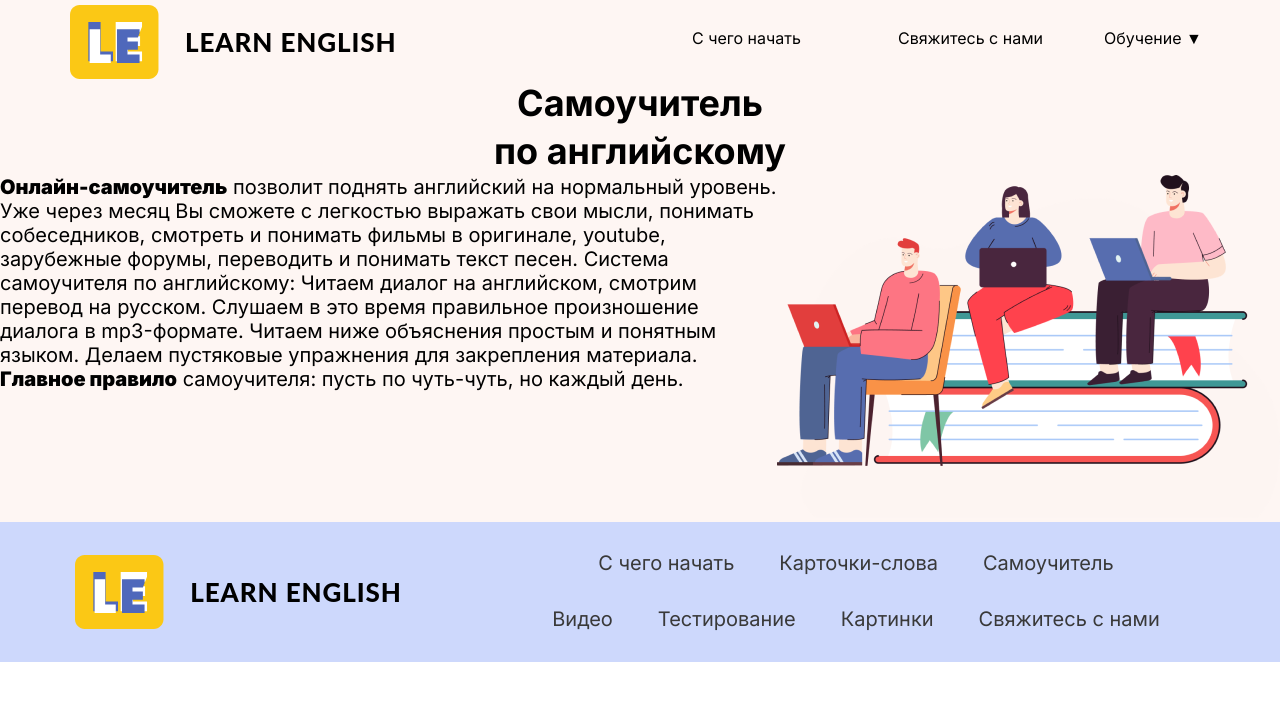
Repository: WladimirVA/Diplom
Page: scool/lesson.html
These files come from the project's save history. The page is drawn as it stood at one moment and after the next save; the edit follows.
The browser window is 1280 px wide. The pictures show the whole page.

Above is the page before, as saved 2023-07-19 16:09:43.

### scool/lesson.html
<!DOCTYPE html>
<html lang="en">
<head>
    <meta charset="UTF-8">
    <meta name="viewport" content="width=device-width, initial-scale=1.0">
    <link href="./css/index.css" rel="stylesheet" type="text/css">
    <link href="./css/fonts.css" rel="stylesheet" type="text/css">
    <link rel="stylesheet" href="./css/lesson.css" type="text/css">
    <link rel="icon" sizes="16x16" href="./img/Vector.svg" type="image/x-icon">
    <title>Learn english</title>
</head>
<body>
    <header class="header" di="HOME">
        <div class="section">
            <div class="section-header">
                <div class="logo">
                    <img src="./img/Vector.svg">
                    <p>Learn english</p>
                </div>
                <div>

                    <ul class="ddropdownn">
                        <li class="ddropdownn-top">
                        <a class="ddropdownn-top" href="#">С чего начать</a>
                        </li>
                        <li class="ddropdownn-top">
                            <a class="ddropdownn-top" href="mailto:dyadichenko_va@mail.ru">Свяжитесь с нами</a>
                        </li>
                        <li class="ddropdownn-top">
                        <a class="ddropdownn-top" href="#">Обучение &#9660;</a>
                            <ul class="ddropdownn-inside">
                                <li><a href="/">Карточки-слова</a></li>
                                <li><a href="/">Самоучитель</a></li>
                                <li><a href="/">Видео</a></li>
                                <li><a href="/">Тестирование</a></li>
                                <li><a href="/">Картинки</a></li>
                            </ul>
                        </li>

                    </ul>
                </div>
            </div>
        </div>
    </header>
    <main>
        <section class="TUTORIAL">
            <div class="section">
                <h1 class="tutorial-h1">Самоучитель <br>по английскому</h1>
                <div class="content-tutorial">
                    <div class="tutorial-inf">
                        <p><span  style="font-weight:900"> Онлайн-самоучитель</span> позволит поднять английский на нормальный уровень. Уже через месяц Вы сможете с легкостью выражать свои мысли, понимать собеседников, смотреть и понимать фильмы в оригинале, youtube, зарубежные форумы, переводить и понимать текст песен.
                            Система самоучителя по английскому:
                            Читаем диалог на английском, смотрим перевод на русском.
                            Слушаем в это время правильное произношение диалога в mp3-формате.
                            Читаем ниже объяснения простым и понятным языком.
                            Делаем пустяковые упражнения для закрепления материала.
                            <span  style="font-weight:900"> Главное правило</span> самоучителя: пусть по чуть-чуть, но каждый день.
                        </p>
                    </div>
                    <div class="tutorial-img">
                        <img src="./img/Group 78 1 (1).png" alt="foto">
                    </div>
                </div>
            </div>
        </section>
    </main>
    <footer class="FOOTER">
        <div class="section">
            <div class="section-footer">
                <div class="logo">
                    <img src="./img/Vector.svg">
                    <p>Learn english</p>
                </div>
                <div class="ddropdownn-footer">
                    <div class="ddropdownn-menu">
                        <ul class="ddropdownn1">
                            <li><a href="#">С чего начать</a></li>
                            <!-- <li><a href="#">Обучение</a></li> -->
                            <li><a href="#">Карточки-слова</a></li>
                            <li><a href="#">Самоучитель</a></li>
                        </ul>
                    </div>
                    <div class="ddropdownn-menu">
                        <ul class="ddropdownn2">
                            <li><a href="#">Видео</a></li>
                            <li><a href="#">Тестирование</a></li>
                            <li><a href="#">Картинки</a></li>
                            <li><a class="link" href="mailto:dyadichenko_va@mail.ru">Свяжитесь с нами</a></li>
                        </ul>
                    </div>
                </div>
            </div>
        </div>
    </footer>
</body>
</html>

### scool/css/index.css
body {
    scroll-behavior: smooth;
    align-items: center;
    width: 100%;
    max-width: 1366px;
    margin: auto;
    font-family: 'Inter', 'Work Sans', "NunitoSans-Light", Arial, Helvetica, sans-serif;
}
* {
    margin: 0;
    padding: 0;
}

.logo {
    display: flex;
    align-items: center;
}

.logo p {
    font-family: Lato;
    font-size: 26px;
    font-weight: 800;
    line-height: 48px;
    letter-spacing: 0.035em;
    text-align: left;
    text-transform: uppercase;
    padding-left: 1em;
}

/* Стили выпадающего списка */
ul.ddropdownn li {/* Считаем координаты относительно исходного места. */
    position: relative; }
ul.ddropdownn, ul.ddropdownn-inside {
    /* Отступы на нуле. */
    padding: 0;
    /* Маркеры уберем. */
    list-style-type: none;
    }
ul.ddropdownn-inside {
    /* Спрячем дочерние элементы выпадающего списка. */
    left: -9999px;
    position: absolute;
    }
ul.ddropdownn li.ddropdownn-top {
    /* Небольшой отступ. */
    margin: 20px 1px 0 0;
    /* Выравнивание по левой стороне. */
    float: left;
    display: inline;
    }
ul.ddropdownn li.ddropdownn-top a {
    /* Делаю элементы блочными. */
    display: block;
    /* Снова отступы. */
    padding: 3px 30px 4px;
    text-decoration: none;
    color: black;
    font-family: Inter;
    width: 145px;
    }
ul.ddropdownn a.ddropdownn-top {/* Цвет фона. */ background: #FEF6F3; } */
ul.ddropdownn a.ddropdownn-top:hover {/* Отступы. */ padding: 13px 20px 4px; }
ul.ddropdownn li.ddropdownn-top:hover .ddropdownn-inside {
    left: 0;
    /* Делаю элементы блочными. */
    display: block;
    }
ul.ddropdownn .ddropdownn-inside {/* Цвет фона. */ background: #FEF6F3; }
ul.ddropdownn .ddropdownn-inside a:hover {/* Цвет фона изменится при наведении. */
    background: #FEF6F3; }


@media screen and (max-width: 745px) {
    .header-nav {
        display: block;
        padding-top: 0px;
    }
}


.section-header {
    display: flex;
    justify-content: space-between;
    background-color: #FEF6F3;
    padding: 5px 0px 0 70px;

}

.BEGINNES {
    background: #FEF6F3;
}

.content-beginners {
    display: flex;
    justify-content: space-between;
}

.beginners-inf {
    padding: 50px 0 0 70px;
}

.beginners-inf h1 {
    font-family: Inter;
    font-size: 44px;
    font-weight: 700;
    line-height: 48px;
    letter-spacing: -0.08em;
    text-align: left;
    text-transform: uppercase;
    font-family: Inter;
    font-size: 45px;
    font-weight: 700;
    line-height: 48px;
    letter-spacing: 0.035em;
    text-align: left;
}

.beginners-img img {
    width: 100%;
    height: auto;
}

.beginners-inf p {
    margin-top: 50px;
}

.content-beginners {
    font-family: Inter;
    font-size: 22px;
    font-weight: 700;
    line-height: 24px;
    letter-spacing: 0em;
    text-align: left;

    font-family: Inter;
    font-size: 22px;
    font-weight: 500;
    line-height: 24px;
    letter-spacing: 0em;
    text-align: left;

    font-family: Inter;
    font-size: 20px;
    font-weight: 500;
    line-height: 24px;
    letter-spacing: 0em;
    text-align: left;
}

.home_ul {
    list-style-type: none;
    padding: 20px 0 20px 0;
}

.check {
    margin-left: 15px;
}

.button_home {
    font-family: Inter;
    font-size: 20px;
    font-weight: 700;
    line-height: 24px;
    letter-spacing: 0em;
    text-align: center;
    background:#FBC815;
    border-style: none;
    border-radius: 25px;
    width: 257px;
    height: 56px;
}

.LEARNING {
    background: #FDE4D3;
}

.learning {
    display: flex;
    justify-content: space-evenly;
}

.img-learning img {
    width: 100%;
    height: auto;
}

.content-learning h1 {
    text-align: center;
    text-transform: uppercase;
    font-family: Inter;
    font-size: 36px;
    font-weight: 700;
    line-height: 48px;
    letter-spacing: 0em;
    text-align: center;
    padding-top: 65px;

}

.popular {
    margin-left: 20px;
}

.learning-text {
    max-width: 550px;
    margin-top: 50px;
}

.learning-text p {
    font-family: Inter;
    font-size: 20px;
    font-weight: 500;
    line-height: 24px;
    letter-spacing: 0em;
    text-align: left;
}

.learning-text-img {
    margin-top: 60px;
}

.learning-text-img p {
    margin: -38px 0 0 20px;
}

.INFORMATION {
    background: #4F68BB;
    height: 1275px;
}

.information-text {
    text-align: center;
    color: #FFFFFF;
    /* max-width: 932px; */
}


.content-information h1 {
    font-family: Inter;
    font-size: 36px;
    font-weight: 700;
    line-height: 48px;
    letter-spacing: 0em;
    text-align: center;
    text-transform: uppercase;
    padding: 60px 0 50px 0;
}

.content-information p {
    font-family: Inter;
    font-size: 24px;
    font-weight: 700;
    line-height: 32px;
    letter-spacing: 0em;
    text-align: center;
}


.information1 {
    color: #FFFFFF;
    height: 400px;
    text-align: center;
    display: flex;
    justify-content: space-around;
    margin: 60px 0 0 0;
}

.information1 p {
    max-width: 270px;
}

.information1 h3 {
    padding: 65px 0 50px 0;
}

.information2 {
    color: #FFFFFF;
    height: 400px;
    text-align: center;
    margin: 60px 0 0 0;
    display: flex;
    justify-content: space-evenly;
}

.information2 p {
    max-width: 270px;
}
.information2 h3 {
    padding: 65px 0 50px 0;
}

.buttton-inf1 {
    margin-top: 39px;
}
.buttton-inf2 {
    margin-top: 95px;
}
.buttton-inf3 {
    margin-top: 55px;
}
.buttton-inf4 {
    padding-top: 63px;
}
.buttton-inf5 {
    padding-top: 25px;
}

.TRANING {
    background:rgba(251, 205, 166, 1);
    height: 345px;
}

.training {
    display: flex;
    align-items: center;
    justify-content: space-evenly;
}

.training-inf {
    display: block;
    text-align: center;
}

.training-inf p {
    font-family: Inter;
    font-size: 36px;
    font-weight: 700;
    line-height: 48px;
    letter-spacing: 0em;
    text-align: center;
}

.buttton-training1 {
    padding-top: 45px;
}

.buttton-training {
    color: #FFFFFF;
    font-family: Inter;
    font-size: 20px;
    font-weight: 700;
    line-height: 24px;
    letter-spacing: 0em;
    text-align: center;
   background: rgba(240, 63, 90, 1);
}

.training-img {
    margin-top: -60px;
}

.FOOTER {
    background:rgba(205, 216, 252, 1);
    height: 140px;
    align-items: center;
    display: grid;
    justify-items: stretch;
}

.section-footer {
    display: flex;
    justify-content: space-around
}

.ddropdownn-footer {
    display: flex;
    flex-direction: column;
    align-items: center;
}

.ddropdownn-menu {
    display: flex;
}

.ddropdownn1, .ddropdownn2 {
    display: flex;
    font-family: Inter;
    font-size: 20px;
    font-weight: 400;
    line-height: 16px;
    letter-spacing: 0em;
    text-align: left;
    list-style-type:none;

}

.ddropdownn2 {
    margin: 40px 0 0 0;
}

.ddropdownn-footer li{
    padding: 0 45px 0 0;
}

.ddropdownn-footer a {
    text-decoration: none;
    color: rgba(57, 57, 57, 1);
    ;
}

### scool/css/fonts.css
/* @import url('https://fonts.googleapis.com/css2?family=Work+Sans:ital,wght@0,600;0,800;1,800&display=swap'); */


/* @import url('https://fonts.googleapis.com/css2?family=Inter:wght@400;500;600;700;800&family=Work+Sans:ital,wght@0,600;0,800;1,800&display=swap'); */


@import url('https://fonts.googleapis.com/css2?family=Inter:wght@100;200;300;400;500;600;700;800;900&display=swap');

@import url('https://fonts.googleapis.com/css2?family=Inter:wght@100;200;300;400;500;600;700;800;900&family=Work+Sans:ital,wght@0,100;0,200;0,300;0,400;0,500;0,600;0,700;0,800;0,900;1,100;1,200;1,300;1,400;1,500;1,600;1,700;1,800;1,900&display=swap');

### scool/css/lesson.css
.TUTORIAL {
    background: rgba(254, 246, 243, 1);
}

.content-tutorial {
    display: flex;
}

.tutorial-h1 {
    text-align: center;
    font-family: Inter;
    font-size: 36px;
    font-weight: 700;
    line-height: 48px;
    letter-spacing: 0em;
    text-align: center;
}

.tutorial-inf p {
    font-family: Inter;
font-size: 20px;
font-weight: 600;
line-height: 24px;
letter-spacing: 0em;
text-align: left;

font-family: Inter;
font-size: 20px;
font-weight: 400;
line-height: 24px;
letter-spacing: 0em;
text-align: left;
color: rgba(0, 0, 0, 1);

}

After the next save:
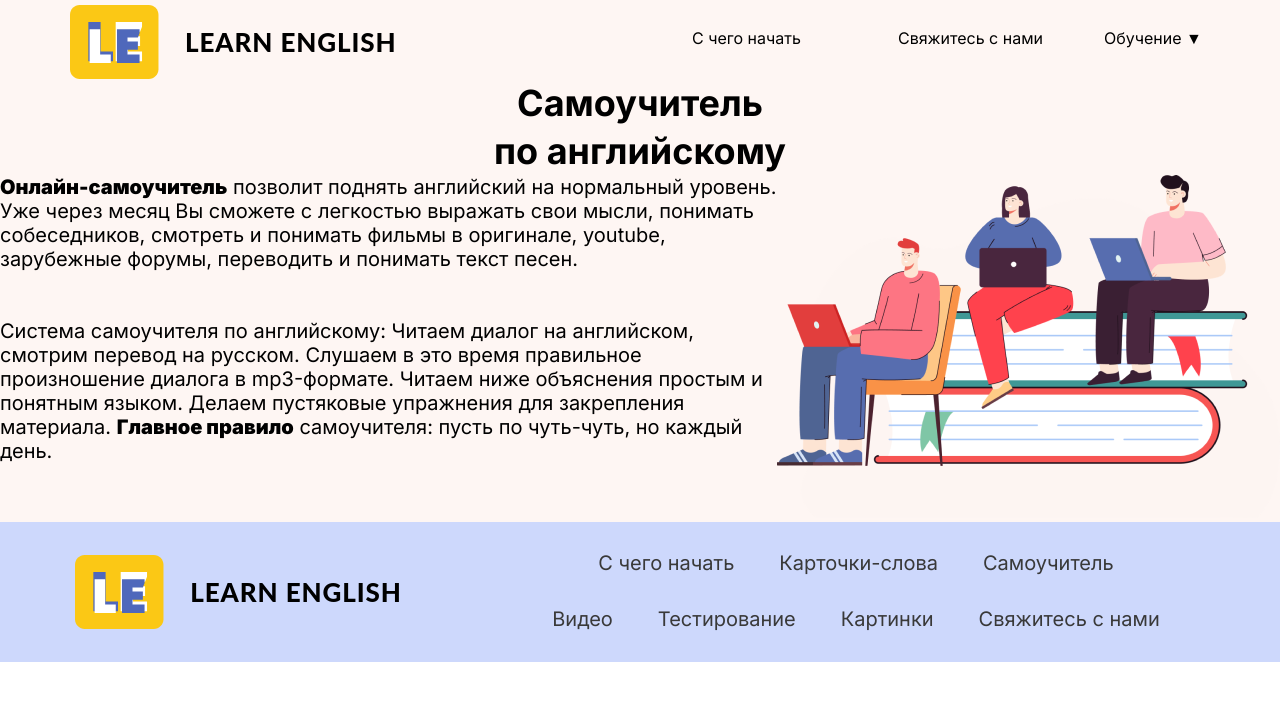
Saved 23 s later.
--- a/scool/lesson.html
+++ b/scool/lesson.html
@@ -48,7 +48,7 @@
                 <h1 class="tutorial-h1">Самоучитель <br>по английскому</h1>
                 <div class="content-tutorial">
                     <div class="tutorial-inf">
-                        <p><span  style="font-weight:900"> Онлайн-самоучитель</span> позволит поднять английский на нормальный уровень. Уже через месяц Вы сможете с легкостью выражать свои мысли, понимать собеседников, смотреть и понимать фильмы в оригинале, youtube, зарубежные форумы, переводить и понимать текст песен.
+                        <p><span  style="font-weight:900"> Онлайн-самоучитель</span> позволит поднять английский на нормальный уровень. Уже через месяц Вы сможете с легкостью выражать свои мысли, понимать собеседников, смотреть и понимать фильмы в оригинале, youtube, зарубежные форумы, переводить и понимать текст песен. <br><br><br>
                             Система самоучителя по английскому:
                             Читаем диалог на английском, смотрим перевод на русском.
                             Слушаем в это время правильное произношение диалога в mp3-формате.
